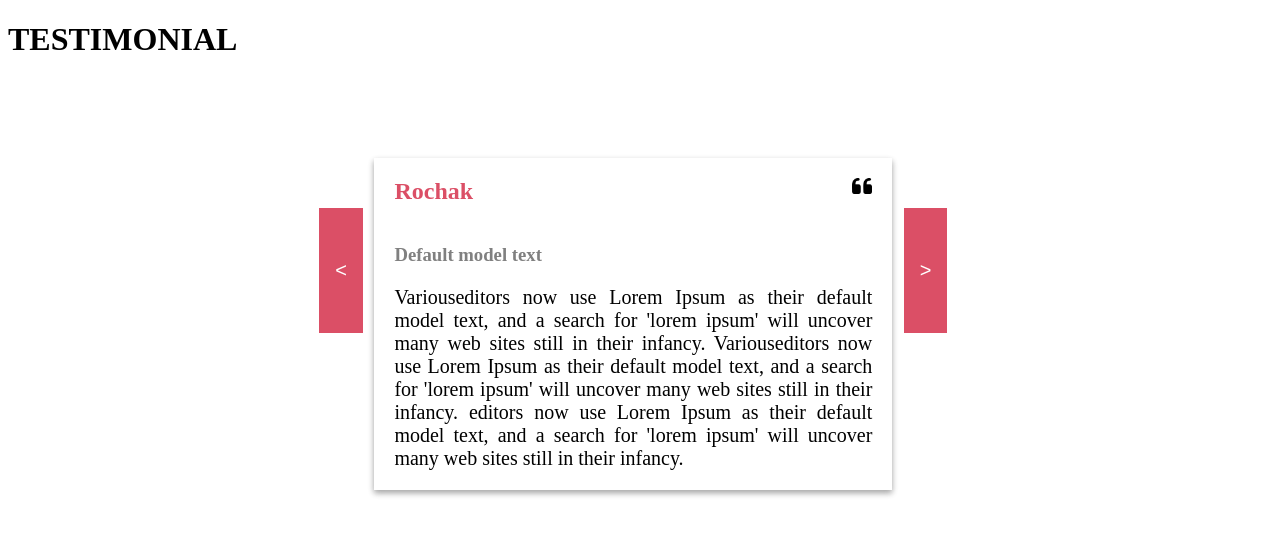
Repository: AVINKUMARP/gifts
Page: demo2.html
These files come from the project's save history. The page is drawn as it stood at one moment and after the next save; the edit follows.
The browser window is 1280 px wide. The pictures show the whole page.

Above is the page before, as saved 2023-08-24 14:36:14.

After the next save:
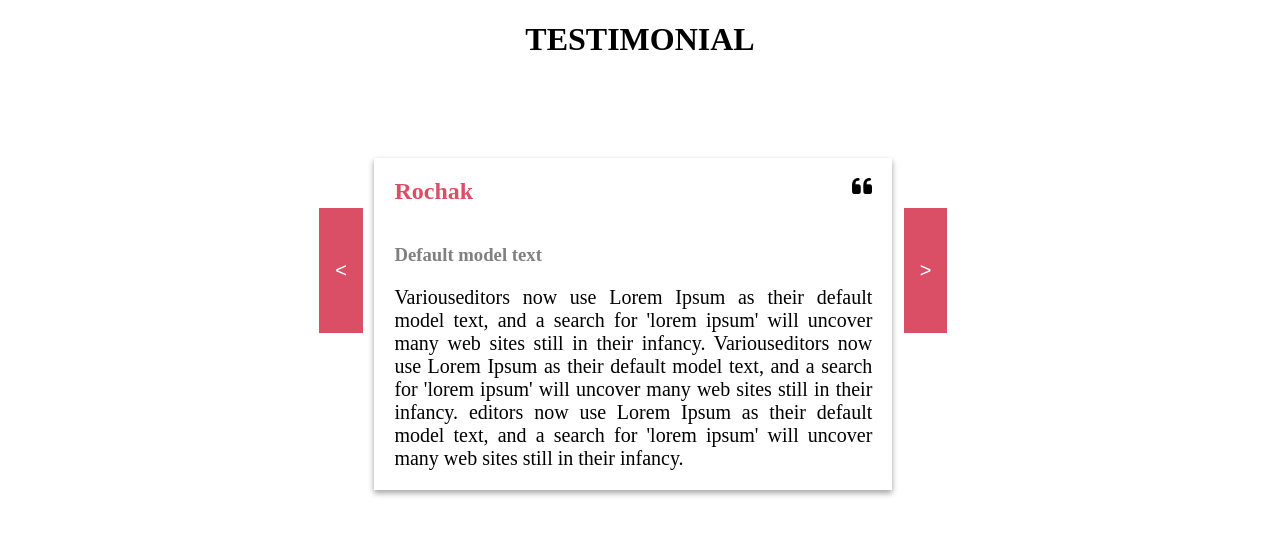
Saved 21 s later.
--- a/demo2.html
+++ b/demo2.html
@@ -88,6 +88,9 @@
         .csub {
             padding: 0 20px;
         }
+        .text{
+            text-align: center;
+        }
     </style>
 </head>
 
